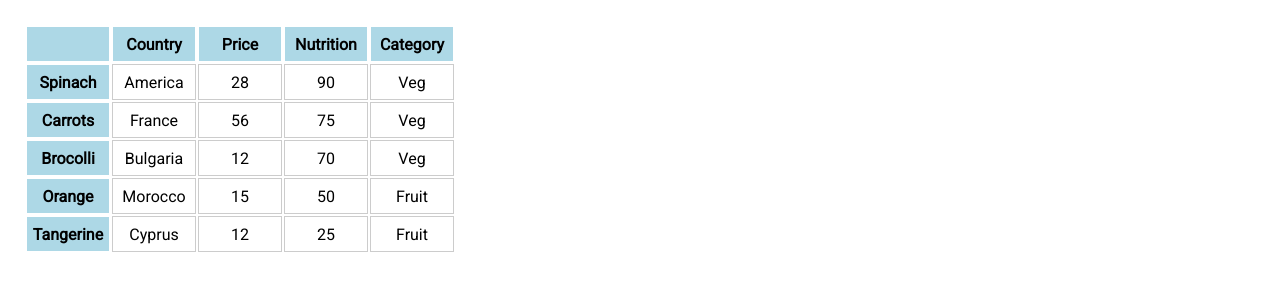
Repository: robibrutoczki/table
Page: Table.html
The author's editor kept a record of every edit. The page is drawn from the files as they stood at one moment, then again after the next edit.
The browser window is 1280 px wide. The pictures show the whole page.

Above is the page before.
Not found: ..js/my_script.js

After the next edit:
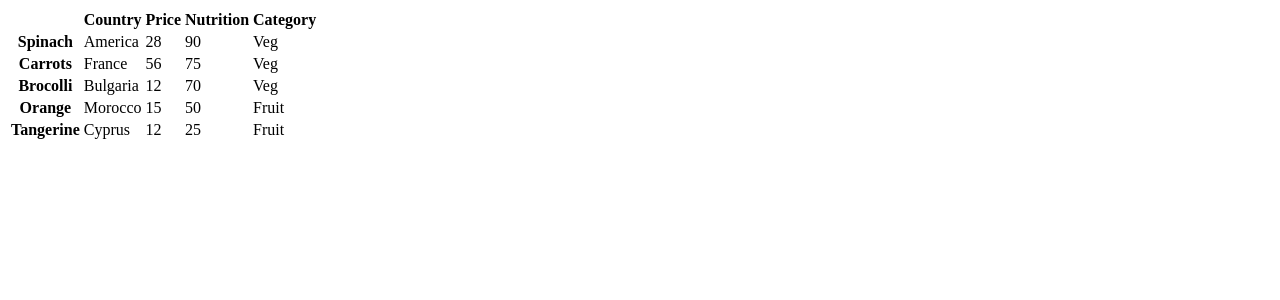
Not found: ..table//js/style.css
The edit:
--- a/Table.html
+++ b/Table.html
@@ -4,30 +4,8 @@
   <meta charset="UTF-8">
   <title>Table</title>
   <link href='https://fonts.googleapis.com/css?family=Roboto' rel='stylesheet' type='text/css'>
-<style>
+ <link rel="stylesheet" href="..table//js/style.css" type="text/css" />
 
-
-    td, th {
-      width: 5rem;
-      height: 2rem;
-      border: 1px solid #ccc;
-      text-align: center;
-    }
-    th {
-      background: lightblue;
-      border-color: white;
-    }
-    body {
-      padding: 1rem;
-      font-family: Roboto;
-    }
-    .odd{
-      background-color: #E84610;
-    }
-    .even {
-      background-color: #C65353;
-    }
-  </style>
 
 </head>
 <body>

After the edit that followed:
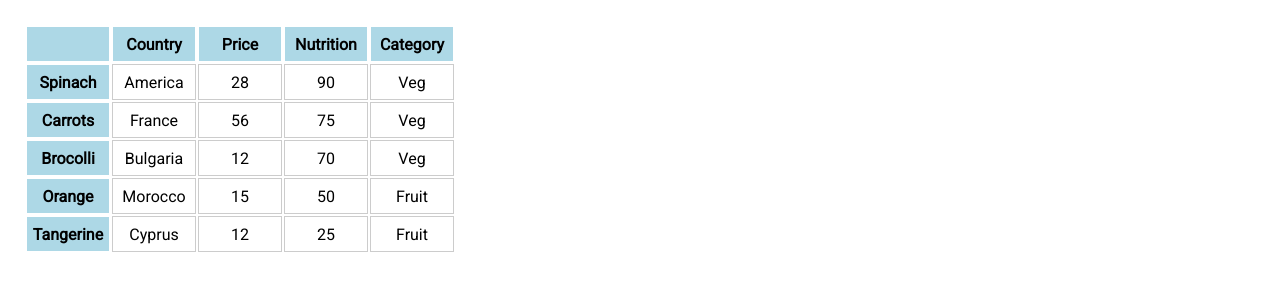
The edit:
--- a/Table.html
+++ b/Table.html
@@ -4,7 +4,7 @@
   <meta charset="UTF-8">
   <title>Table</title>
   <link href='https://fonts.googleapis.com/css?family=Roboto' rel='stylesheet' type='text/css'>
- <link rel="stylesheet" href="..table//js/style.css" type="text/css" />
+ <link rel="stylesheet" href="/style.css" type="text/css" />
 
 
 </head>
